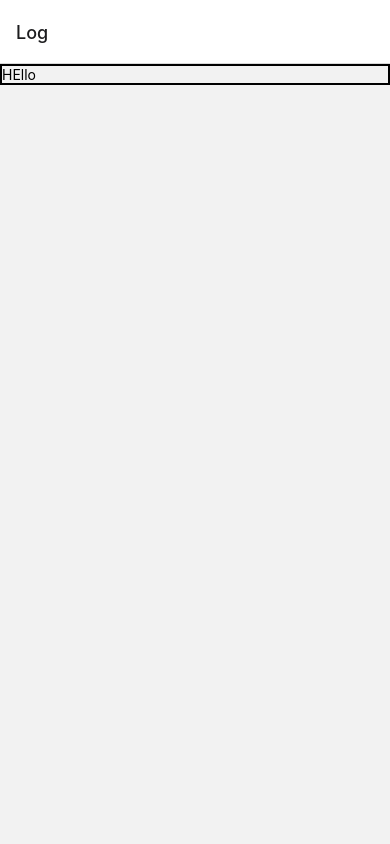
Repository: kgayathridevi/pregband
Screen: /
These files come from the project's save history. The screen is drawn as it stood at one moment and after the next save; the edit follows.
The app was drawn by React Native's web renderer in a window 390 px wide. The project was rebuilt for these pictures with package versions that can differ from the ones it lists, and the page was loaded fresh each time. Also part of the build but not shown: component/SignUpScreen.jsx, component/Home.jsx.

Above is the screen before, as saved 2023-04-28 13:02:10.

### App.js
import { NavigationContainer } from "@react-navigation/native";
import { createNativeStackNavigator } from "@react-navigation/native-stack";
import { StatusBar } from "expo-status-bar";
import { StyleSheet, Text, View } from "react-native";
import SignUpScreen from "./component/SignUpScreen";
import LogInScreen from "./component/LogInScreen";
import Home from "./component/Home";

const Stack = createNativeStackNavigator();
export default function App() {
  return (
    <NavigationContainer>
      <Stack.Navigator
      // initialRouteName="Log"
      // screenOptions={{ headerShown: false }}
      >
        <Stack.Screen
          // options={{ headerShown: false }}
          name="Log"
          component={LogInScreen}
        />
        <Stack.Screen name="Sign" component={SignUpScreen} />
        <Stack.Screen name="Home" component={Home} />
      </Stack.Navigator>
    </NavigationContainer>
  );
}

const styles = StyleSheet.create({
  // container: {
  //   flex: 1,
  //   backgroundColor: '#fff',
  //   alignItems: 'center',
  //   justifyContent: 'center',
  // },
});

### component/LogInScreen.jsx
import {
  Button,
  StyleSheet,
  Text,
  TextInput,
  TouchableOpacity,
  View,
} from "react-native";
import React from "react";
import { SafeAreaView } from "react-native-safe-area-context";

const LogInScreen = ({ navigation }) => {
  return (
    <SafeAreaView style={styles.container}>
      <Text>HEllo</Text>
      <View></View>
    </SafeAreaView>
  );
};

export default LogInScreen;

const styles = StyleSheet.create({
  container: {
    borderWidth: 2,
  },
});

After the next save:
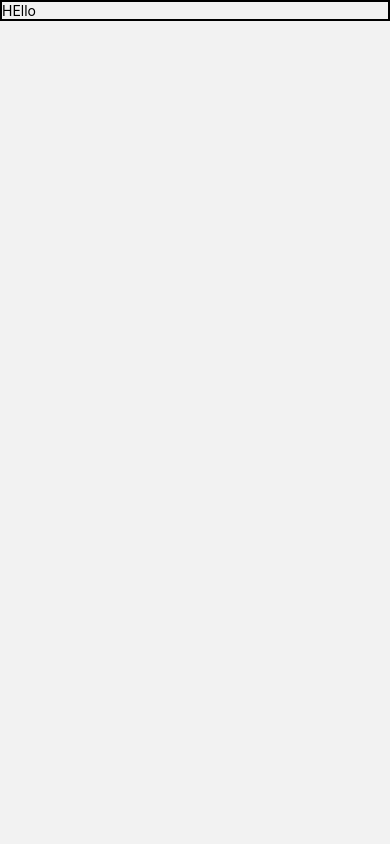
Saved 15 s later.
--- a/App.js
+++ b/App.js
@@ -15,7 +15,7 @@ export default function App() {
       // screenOptions={{ headerShown: false }}
       >
         <Stack.Screen
-          // options={{ headerShown: false }}
+          options={{ headerShown: false }}
           name="Log"
           component={LogInScreen}
         />
